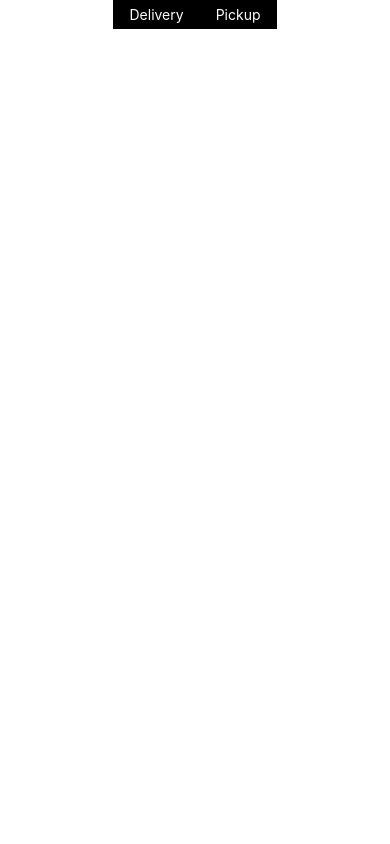
Repository: MoussaAKHYAR/uber-eats-app-react-native
Screen: /
An editor plug-in stored every save of this project. The screen is shown before and after the next save, followed by the edit.
The app was drawn by React Native's web renderer in a window 390 px wide. The project was rebuilt for these pictures with package versions that can differ from the ones it lists, and the page was loaded fresh each time.

Above is the screen before, as saved 2022-06-29 15:36:20.

### App.js
import { StatusBar } from 'expo-status-bar';
import { StyleSheet, Text, View } from 'react-native';
import Home from './screens/Home';

export default function App() {
  return (
    <Home/>
  );
}

const styles = StyleSheet.create({
  container: {
    flex: 1,
    backgroundColor: '#fff',
    alignItems: 'center',
    justifyContent: 'center',
  },
});

### screens/Home.js
import { View, Text, SafeAreaView } from 'react-native'
import React from 'react'
import HeaderTabs from '../components/HeaderTabs'

export default function Home() {
  return (
    <SafeAreaView>
      <HeaderTabs/>
    </SafeAreaView>
  )
}

### components/HeaderTabs.js
import { View, Text, TouchableOpacity } from 'react-native'
import React from 'react'

export default function HeaderTabs() {
    return (
        <View style={{flexDirection:"row", alignSelf:"center"}}>
            <HeaderButton text="Delivery"/>
            <HeaderButton text="Pickup" />
        </View>
    )
}

const HeaderButton = (props) => (
    <TouchableOpacity style={{
        backgroundColor:"black",
        paddingVertical:6,
        paddingHorizontal:16,

    }}>
        <Text style={{color:"white"}}>{props.text}</Text>
    </TouchableOpacity>
);

After the next save:
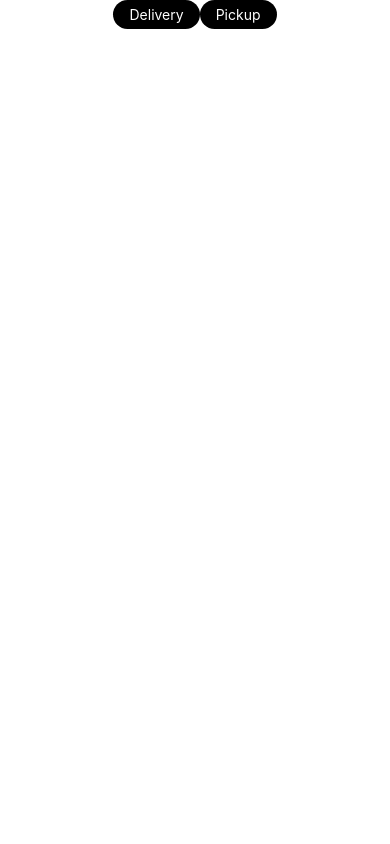
Saved 32 s later.
--- a/components/HeaderTabs.js
+++ b/components/HeaderTabs.js
@@ -15,6 +15,7 @@ const HeaderButton = (props) => (
         backgroundColor:"black",
         paddingVertical:6,
         paddingHorizontal:16,
+        borderRadius:30
 
     }}>
         <Text style={{color:"white"}}>{props.text}</Text>
